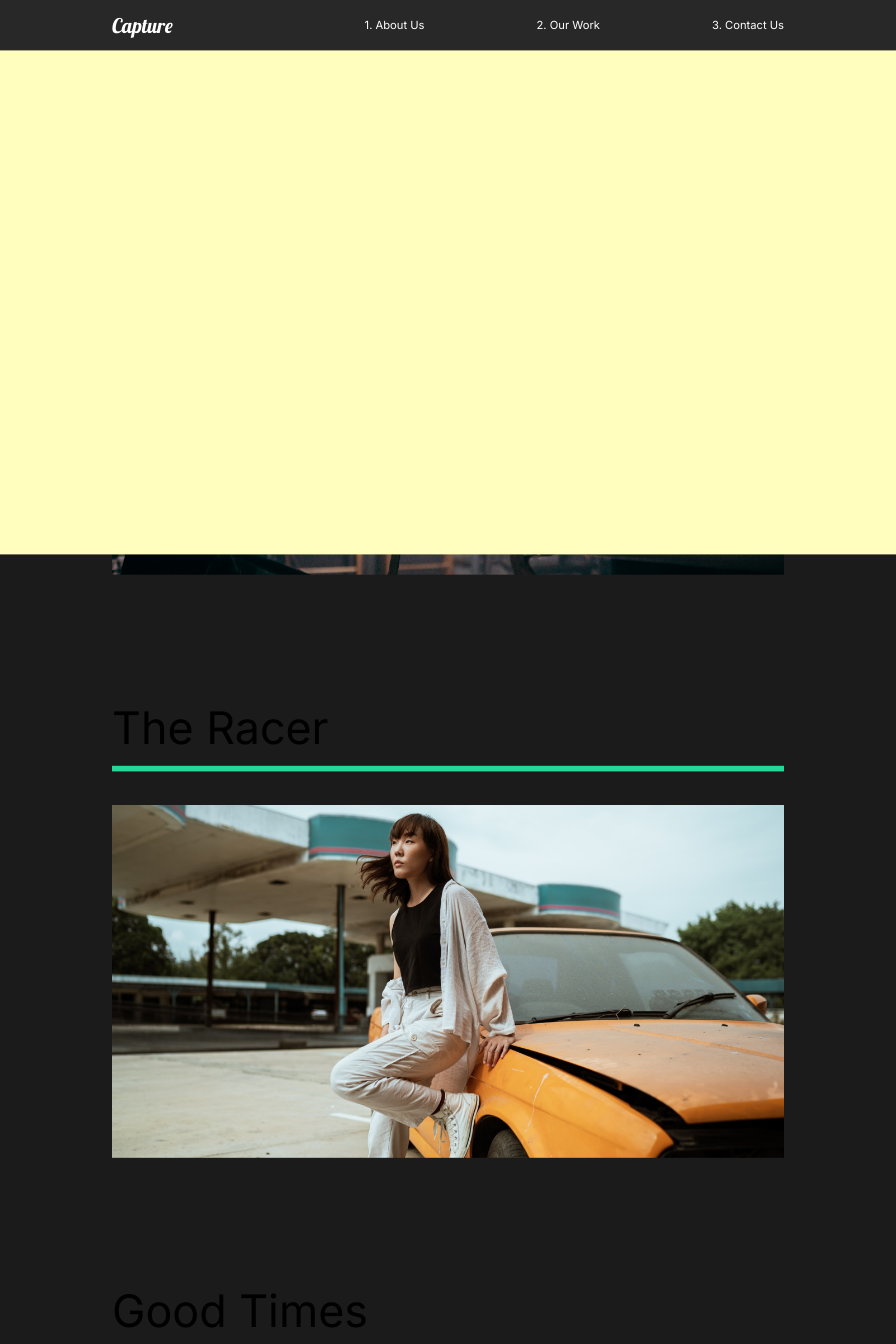
Repository: programmingwithlevi/capture
Page: /work
An editor plug-in stored every save of this project. The page is shown before and after the next save, followed by the edit.
The browser window is 1280 px wide. The pictures show the part of the page from y = 0 to 1920 px (the page is 2731 px tall), at 70% of full size.
The project was rebuilt for these pictures with package versions that can differ from the ones it lists, and the page was loaded fresh each time. Also part of the build but not shown: src/styles.js, src/components/Wave.js, src/components/AboutSection.js, src/components/ServicesSection.js, src/components/FaqSection.js, src/pages/AboutUs.js, src/pages/ContactUs.js, src/movieState.js and 1 more.

Above is the page before, as saved 2021-12-10 16:02:02.

After the next save:
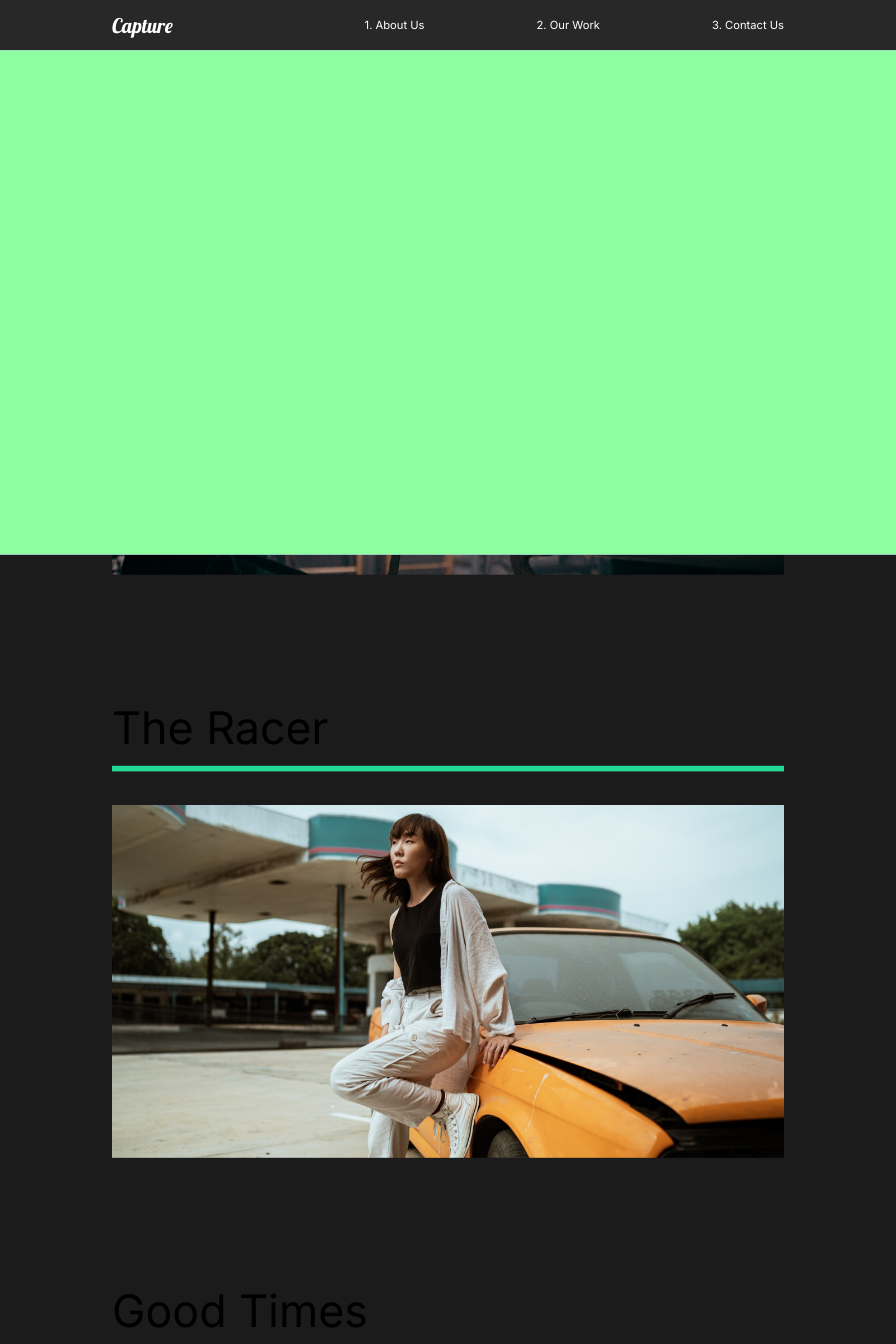
Saved 5 min 30 s later.
--- a/src/pages/OurWork.js
+++ b/src/pages/OurWork.js
@@ -13,6 +13,10 @@ const OurWork = () => {
     return(
         <Work exit="exit" variants={pageAnimation} initial="hidden" animate="show">
             <Frame1></Frame1>
+            <Frame2></Frame2>
+            <Frame3></Frame3>
+            <Frame4></Frame4>
+
             <Movie>
                 <motion.h2 variants={fade}>The Athlete</motion.h2>
                 <motion.div variants={lineAnim} className="line"></motion.div>
@@ -80,4 +84,10 @@ const Frame1 = styled(motion.div)`
 const Frame2 = styled(Frame1)`
     background: #ff8efb;
 `
+const Frame3 = styled(Frame1)`
+    background: #8ed2ff;
+`
+const Frame4 = styled(Frame1)`
+    background: #8effa0;
+`
 export default OurWork;
